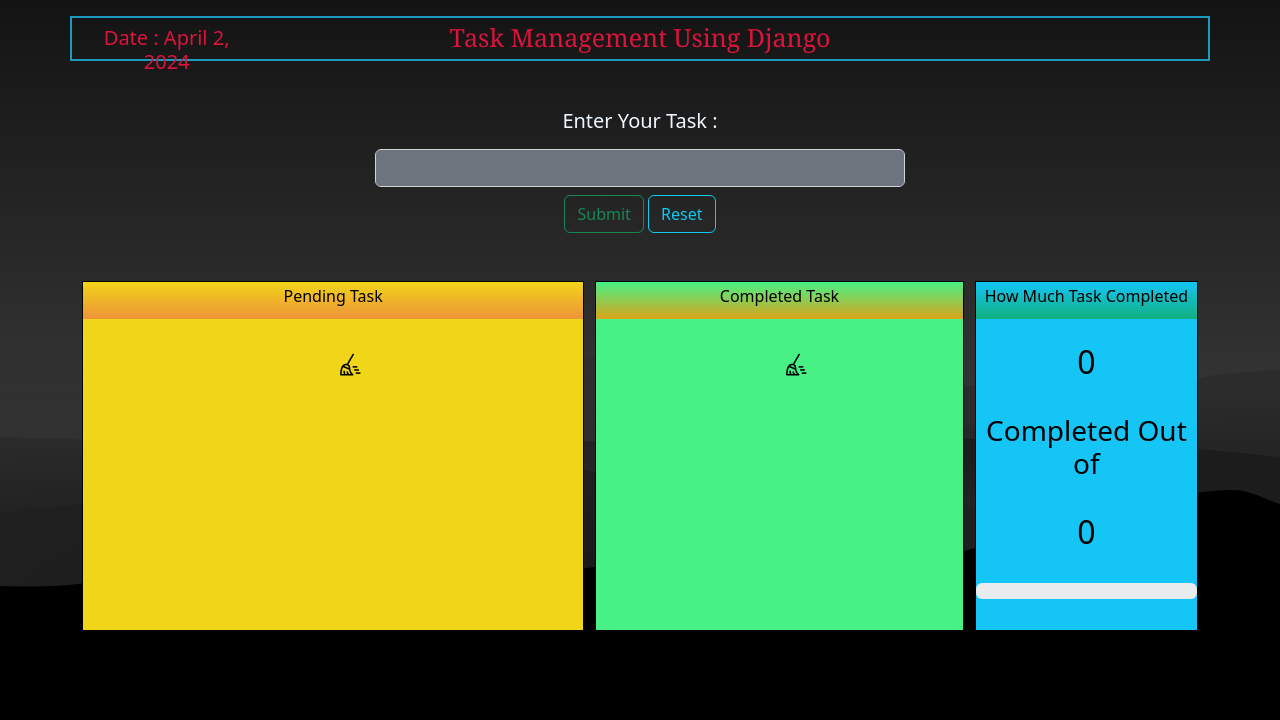
Repository: AbakashRonny/TaskManagement
Page: http://localhost/TaskManagementApp/dolist/
These files come from the project's save history. The page is drawn as it stood at one moment and after the next save; the edit follows.
The browser window is 1280 px wide. The pictures show the whole page.
Some icons come from a web library that is not loaded, so they are not drawn. The page is served by the project's application, run on Django 5.2 (TaskManagement/manage.py). Queries for data that is not in the repository find no rows.

Above is the page before, as saved 2024-06-12 03:10:31.

After the next save:
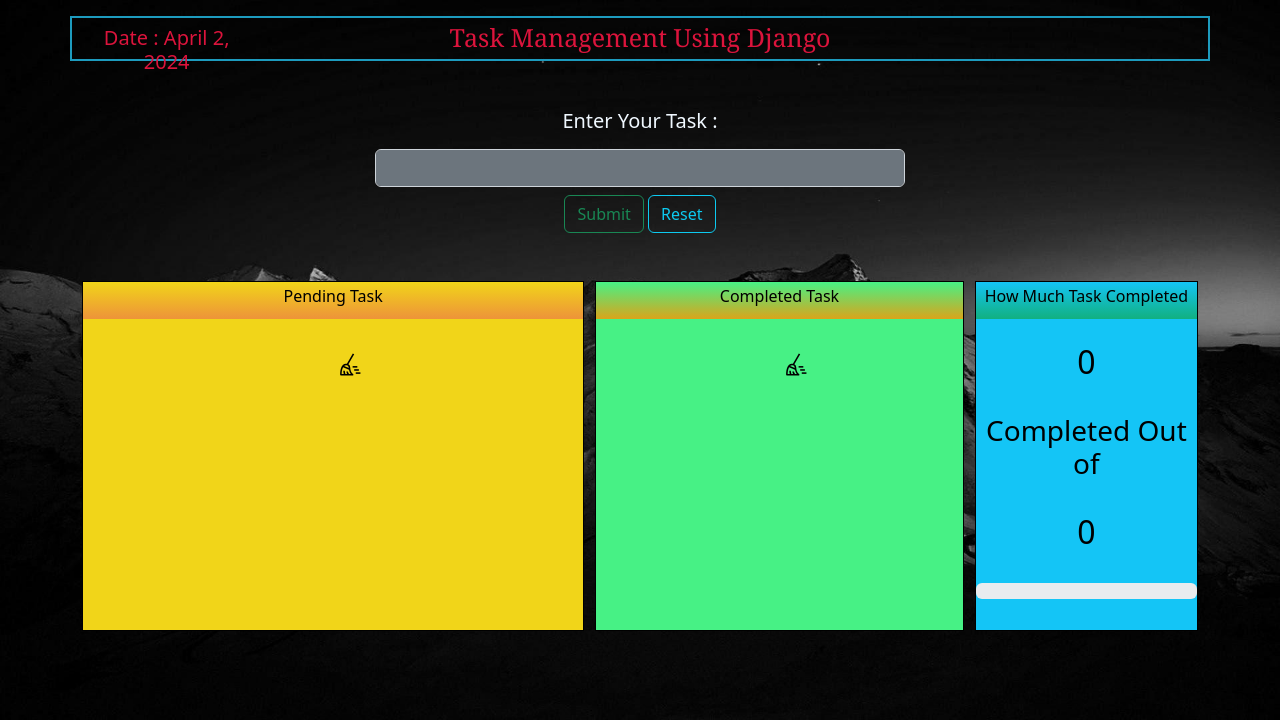
Saved 2 min 0 s later.
--- a/TaskManagement/templates/TaskManagementApp/home.html
+++ b/TaskManagement/templates/TaskManagementApp/home.html
@@ -11,7 +11,7 @@
     <script src="https://cdn.lordicon.com/lordicon.js"></script>
     <style>
         body {
-            background-image: url('{% static "image/4.png" %}');
+            background-image: url('{% static "image/3.jpg" %}');
             background-repeat: no-repeat;
             background-size: cover;
             color: aliceblue;
